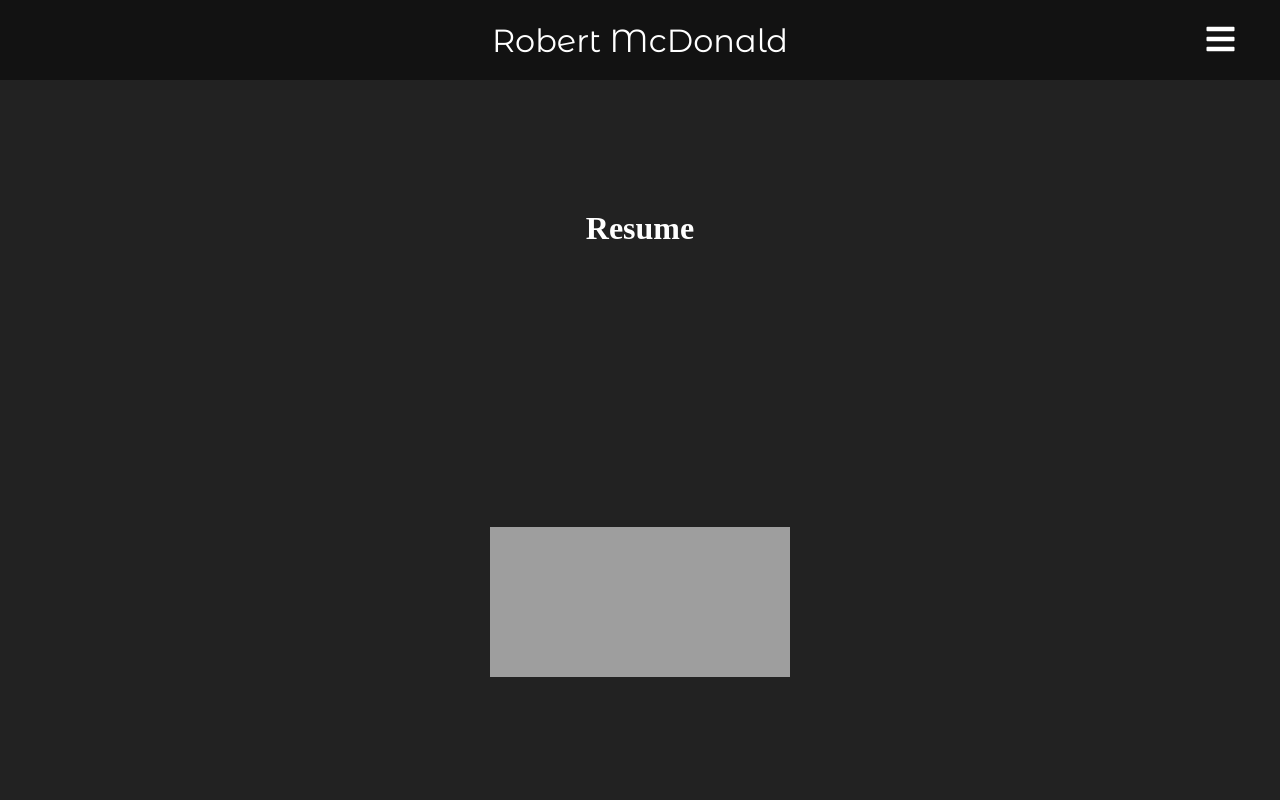
Repository: robbymcd/Digital-Portofolio-Robert-McDonald
Page: resume.html
An editor plug-in stored every save of this project. The page is shown before and after the next save, followed by the edit.
The browser window is 1280 px wide. The pictures show the whole page.
Pictures or frames that could not be fetched are drawn as grey boxes. Some web libraries are served in a nearby version.

Above is the page before, as saved 2022-12-03 18:58:10.

### resume.html
<!DOCTYPE html>
<html lang="en">
<head>
    <meta charset="UTF-8">
    <meta http-equiv="X-UA-Compatible" content="IE=edge">
    <meta name="viewport" content="width=device-width, initial-scale=1.0">
    <title>Robert McDonald Portfolio</title>
    <link rel="stylesheet" href="styles.css">
    <link rel="stylesheet" href="https://cdnjs.cloudflare.com/ajax/libs/font-awesome/5.12.0-2/css/all.min.css" integrity="sha256-46r060N2LrChLLb5zowXQ72/iKKNiw/lAmygmHExk/o=" crossorigin="anonymous" />
    <link rel="stylesheet" href="https://fonts.googleapis.com/css?family=Montserrat+Alternates"
    <link rel="stylesheet" href="https://fonts.googleapis.com/css?family=Frank+Ruhl+Libre"
    <link rel="stylesheet" href="https://fonts.googleapis.com/css?family=Varela"
</head>
<body>
    <nav class="nav">
        <label class="nav-title">Robert McDonald</label>
        <div class="openMenu"><i class="fa fa-bars"></i></div>
            <ul class="mainMenu">
                <li><a href="index.html">Home</a></li>
                <li><a href="resume.html">Resume</a></li>
                <li><a href="coverletter.html">Cover Letter</a></li>
                <li><a href="interview.html">Mini-Interview</a></li>
                <li><a href="instructions.html">Writing Sample: Instructions</a></li>
                <li><a href="proposal.html">Writing Sample: Proposal</a></li>
                <div class="closeMenu"><i class="fa fa-times"></i></div>
    </nav>
    <div class="pdf-container">
        <h1>Resume</h1>
        <iframe src="https://docs.google.com/document/d/e/2PACX-1vQrBI6__QK5Y6nZgITUMKQwO5jbPWE1VnArzpIuqIyCyFJ4BL6RK_i1sBf9R8Xk2BiV2A0M0Jbn70sX/pub?embedded=true"></iframe>
    </div>
    <script src="./app.js"></script>
</body>
</html>

### styles.css
body {
    display: flex;
    flex-direction: column;
    height: 100%;
    width: 100%;
    margin: 0px;
    padding: 0px;
    background-color: #222222;
}

.nav {
    display: flex;
    flex-direction: row;
    position: sticky;
    height: 80px;
    width: 100%;
    background: rgb(2,0,36);
    background-color: #121212;
    justify-content: center;
}

.nav-title {
    font-family: 'Montserrat Alternates';
    align-self: center;
    font-size: 2rem;
    color: #FFFFFF;
}

.content {
    align-self: center;
    height: 100%;
    width: 80%;
    color: #FFFFFF;
    margin-top: 2%;
}

.header {
    font-family: 'Frank Ruhl Libre';
    text-align: center;
    font-size: 4rem;
}

.description {
    font-family: 'Varela';
    font-size: 1.5rem;
}

nav .mainMenu {
    height: 100vh;
    position: fixed;
    top: 0px;
    right: 0px;
    left: 0px;
    z-index: 10;
    flex-direction: column;
    justify-content: center;
    align-items: center;
    background: #121212;
    transition: top 1s ease 0s;
    display: none;
    gap: 2rem;
  }
  nav .mainMenu li a {
    padding: 1rem;
    text-decoration: none;
    text-transform: uppercase;
    color: rgb(255, 255, 255);
    font-size: 2rem;
    transition: 0.2s ease;
  }
  nav .mainMenu li a:hover {
    background: #4E4E4E;
  }
nav .openMenu {
    font-size: 2rem;
    margin: 20px;
    cursor: pointer;
    color: #FFFFFF;
    display: block;
    position: absolute;
    top: 3%;
    right: 2%;
}
nav .mainMenu .closeMenu, .icons i {
    font-size: 2rem;
    display: none;
    cursor: pointer;
}

nav .mainMenu .closeMenu {
    color: #FFFFFF;
    display: block;
    position: absolute;
    top: 20px;
    right: 20px;
}

li {
    list-style: none;
}

.pdf-container {
    display: grid;
    height: 100vh;
    align-items: center;
    justify-items: center;
    color: #FFFFFF;
}

.pdf-container h1 {
    display: flex;
    height: 20%;
}

iframe {
    border: none;
}

### app.js
const mainMenu = document.querySelector('.mainMenu');
const closeMenu = document.querySelector('.closeMenu');
const openMenu = document.querySelector('.openMenu');
const menu_items = document.querySelectorAll('nav .mainMenu li a');

openMenu.addEventListener('click',show);
closeMenu.addEventListener('click',close);

// close menu when you click on a menu item
menu_items.forEach(item => {
    item.addEventListener('click',function(){
        close();
    })
})

function show(){
    mainMenu.style.display = 'flex';
    mainMenu.style.top = '0';
}
function close(){
    mainMenu.style.top = '-100%';
}

After the next save:
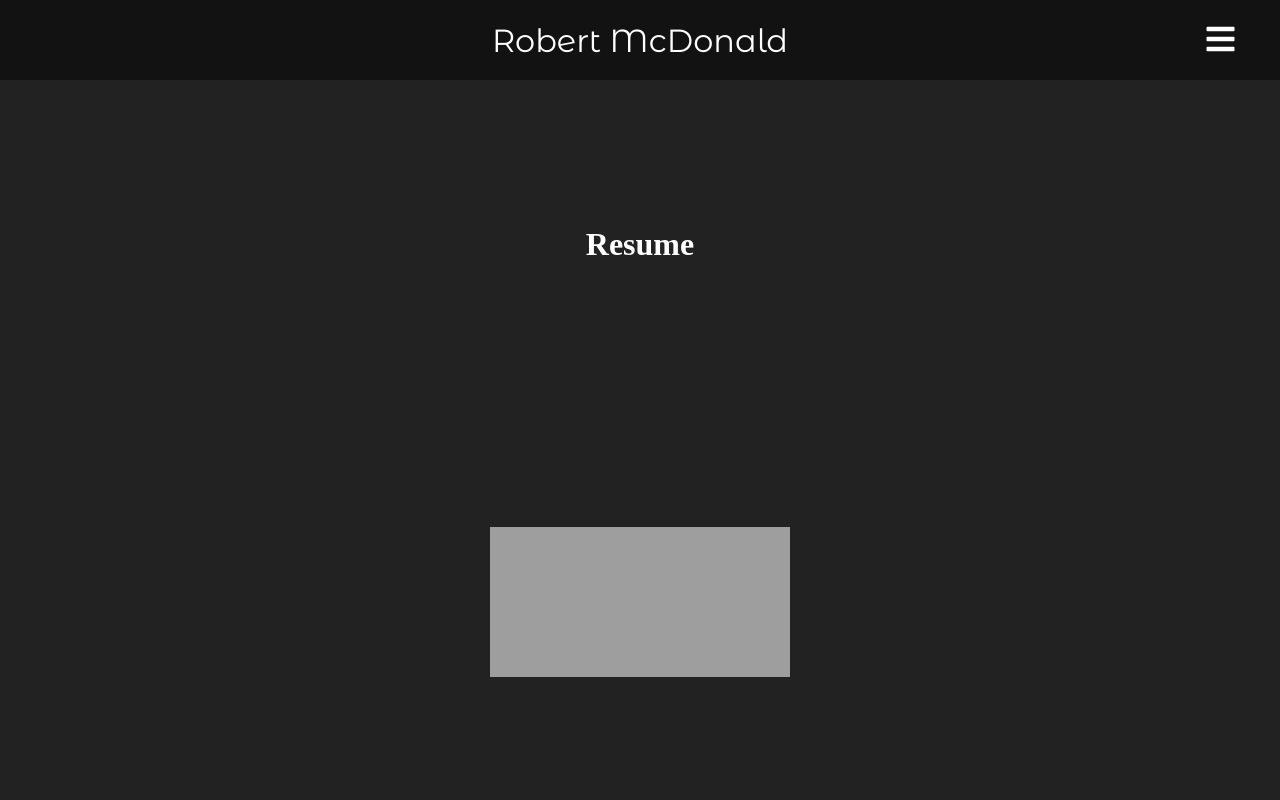
Saved 7 s later.
--- a/styles.css
+++ b/styles.css
@@ -109,7 +109,7 @@ li {
 
 .pdf-container h1 {
     display: flex;
-    height: 20%;
+    height: 10%;
 }
 
 iframe {
